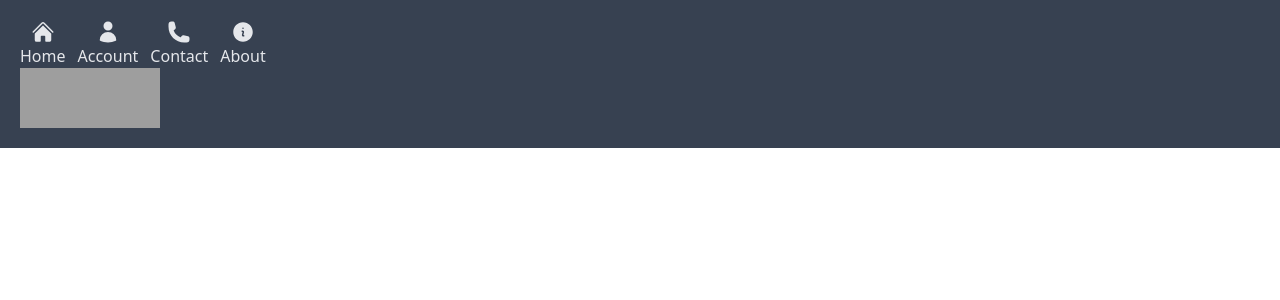
Repository: lyvandat/imdb-movie
Page: /
These files come from the project's save history. The page is drawn as it stood at one moment and after the next save; the edit follows.
The browser window is 1280 px wide. The pictures show the whole page.
Pictures or frames that could not be fetched are drawn as grey boxes. The project was rebuilt for these pictures with package versions that can differ from the ones it lists, and the page was loaded fresh each time. The framework's server and built-in components were replaced by stand-ins that run in the browser. Also part of the build but not shown: next.config.js.

Above is the page before, as saved 2022-10-04 10:30:54.

After the next save:
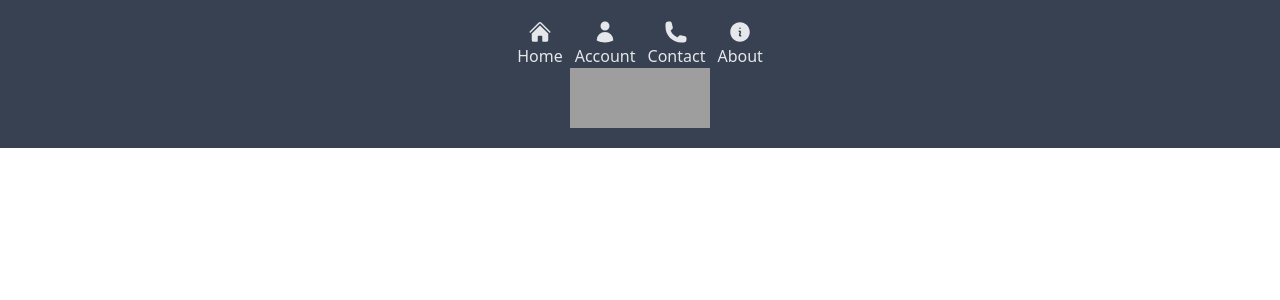
Saved 17 s later.
--- a/components/Header.js
+++ b/components/Header.js
@@ -12,7 +12,7 @@ import Link from "next/link";
 
 function Header() {
   return (
-    <section className="flex flex-col bg-gray-700 select-none text-gray-200 p-5">
+    <section className="flex flex-col p-5 items-center bg-gray-700 select-none text-gray-200 ">
       <ul className="flex space-x-3">
         <li className="flex flex-col items-center hover:text-white active:text-red-500">
           <HomeIcon className="h-6" />
